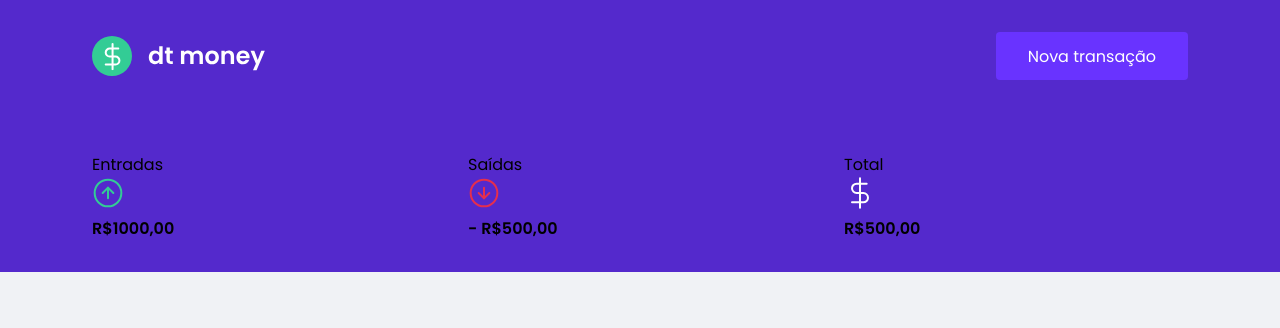
Repository: victoriandujar/ignite-dtmoney
Page: /
The author's editor kept a copy of each file at every save. The page is drawn from the files as they stood at one save, then again after the next save.
The browser window is 1280 px wide. The pictures show the whole page.
The project was rebuilt for these pictures with package versions that can differ from the ones it lists, and the page was loaded fresh each time.

Above is the page before, as saved 2021-03-22 18:44:20.

After the next save:
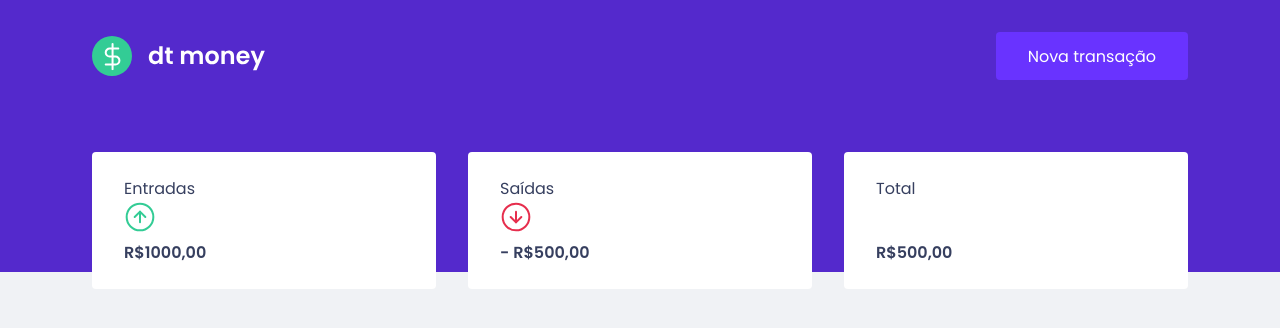
Saved 52 s later.
--- a/src/components/Summary/styles.ts
+++ b/src/components/Summary/styles.ts
@@ -5,4 +5,11 @@
   grid-template-columns: repeat(3, 1fr);
   gap: 2rem;
   margin-top: -10rem;
+
+  div {
+      background: var(--shape);
+      padding: 1.5rem 2rem;
+      border-radius: 0.25rem;
+      color: var(--text-title);
+  }
 `;
